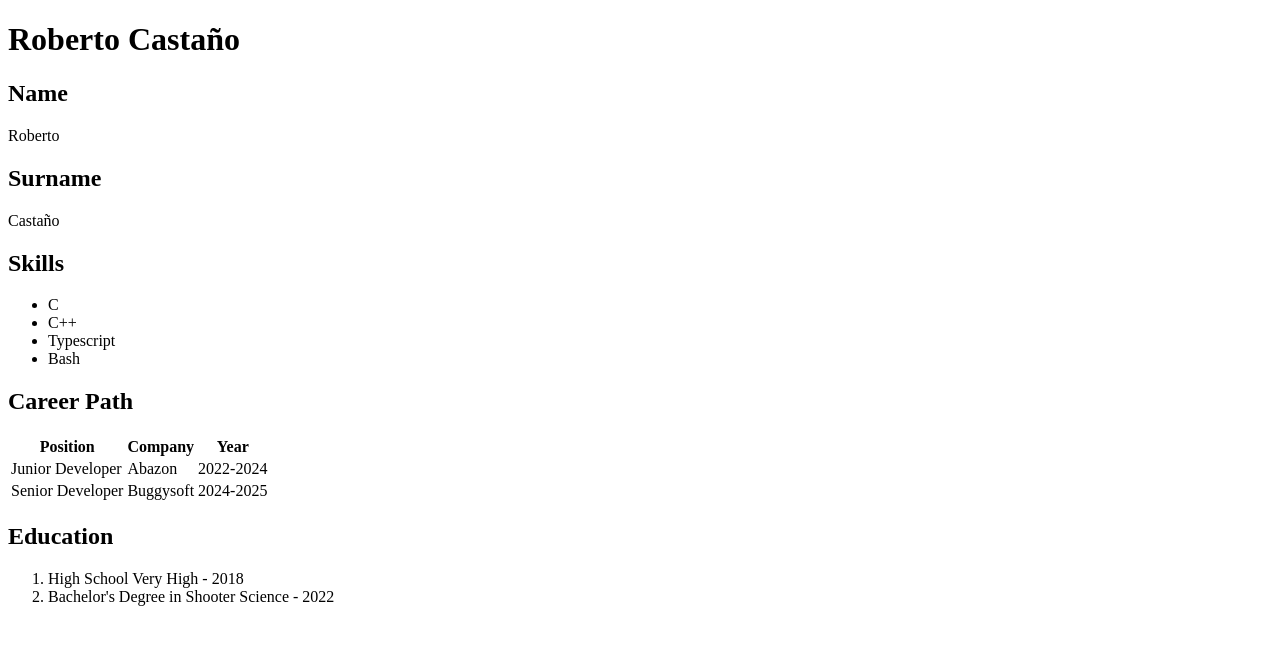
Repository: cronopi/django
Page: Training-Python-Django-0 1/ex01/cv.html
The author's editor kept a copy of each file at every save. The page is drawn from the files as they stood at one save, then again after the next save.
The browser window is 1280 px wide. The pictures show the whole page.

Above is the page before, as saved 2026-03-10 12:37:13.

After the next save:
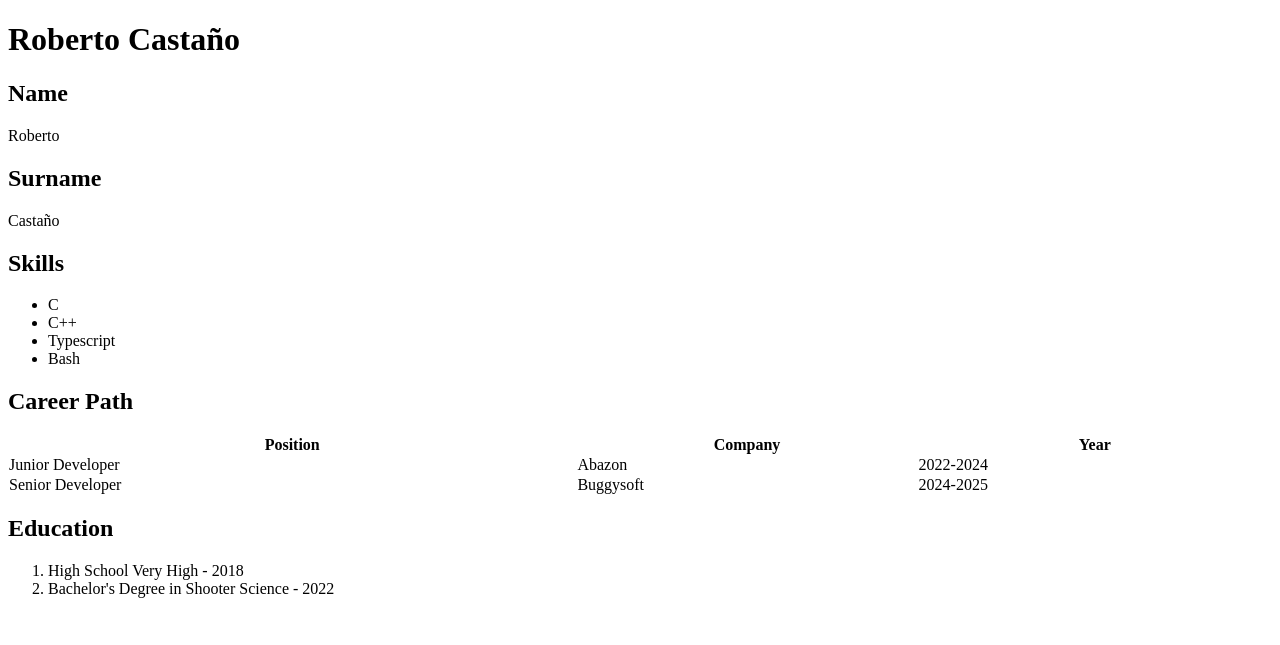
Saved 4 min 43 s later.
--- a/Training-Python-Django-0 1/ex01/cv.html
+++ b/Training-Python-Django-0 1/ex01/cv.html
@@ -3,6 +3,12 @@
 
 <head>
 	<title>Resume - Roberto Castaño</title>
+	<style>
+		table {
+			border-collapse: collapse;
+			width: 100%;
+		}
+	</style>
 </head>
 
 <body>
